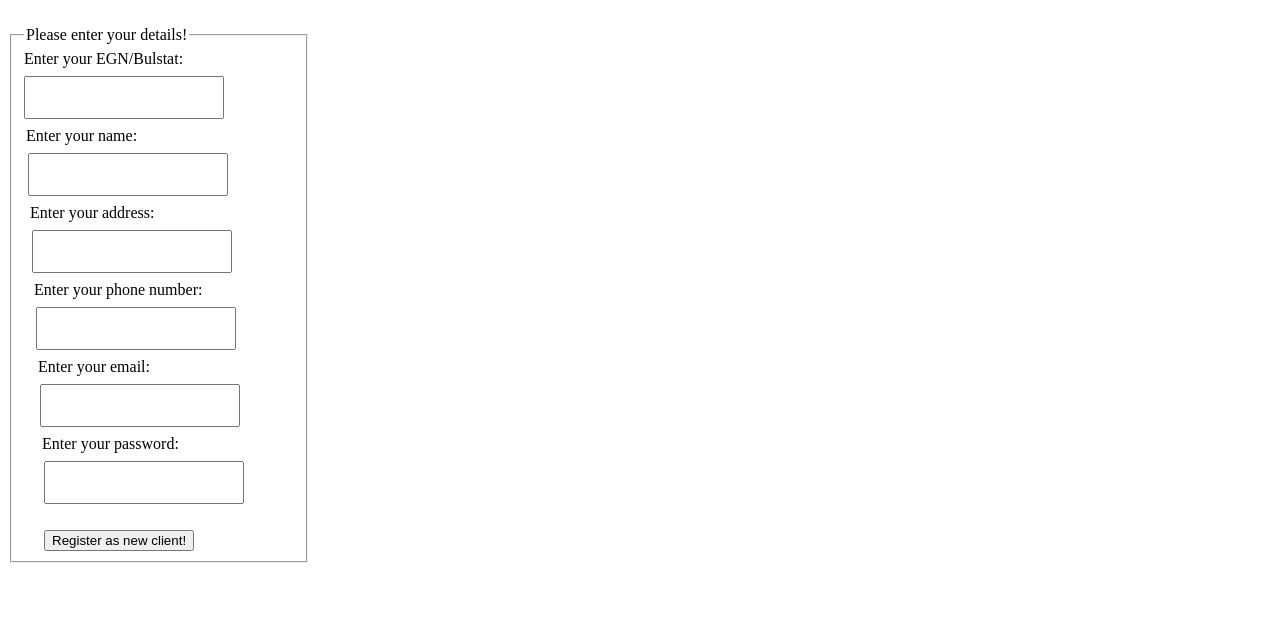
Repository: A-Mitev/E-Banking_Team_Project
Page: http://localhost/FiBank/WEB-INF/views/jsp/Register.jsp
These files come from the project's save history. The page is drawn as it stood at one moment and after the next save; the edit follows.
The browser window is 1280 px wide. The pictures show the whole page.
The page is served by Tomcat 9. Nobody is signed in. The template is opened directly, without the code that normally fills it, so the values that code supplies are empty.

Above is the page before, as saved 2016-04-05 20:14:21.

After the next save:
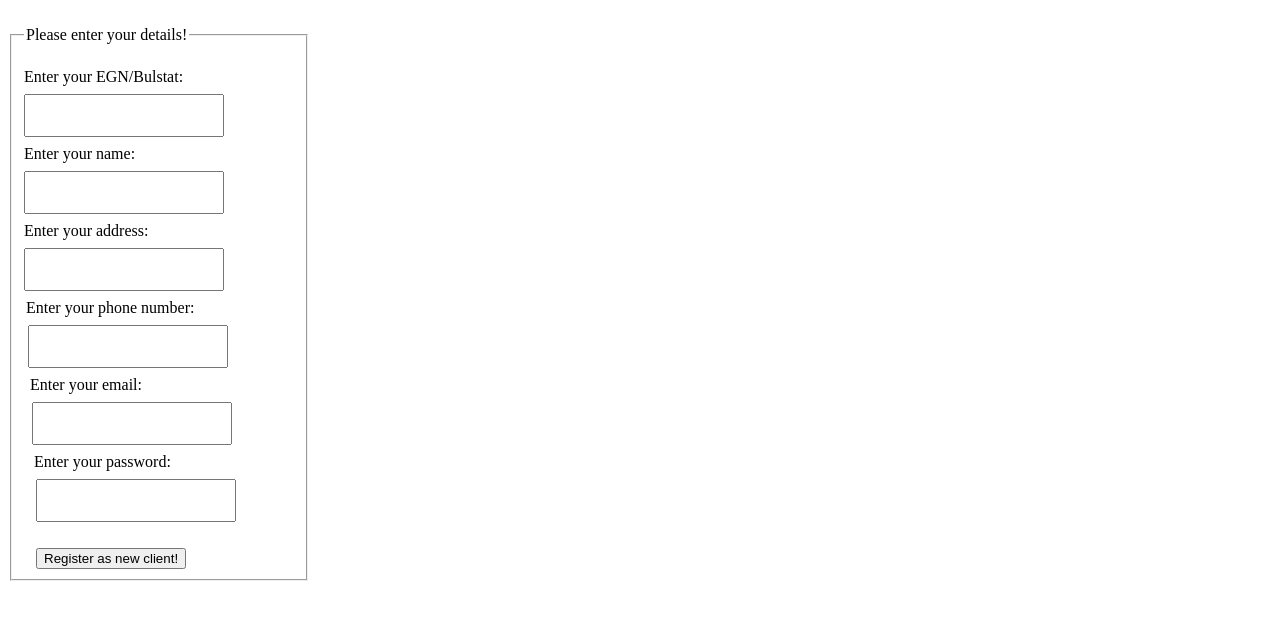
Saved 68 s later.
--- a/FiBank/src/main/webapp/WEB-INF/views/jsp/Register.jsp
+++ b/FiBank/src/main/webapp/WEB-INF/views/jsp/Register.jsp
@@ -23,13 +23,14 @@ input[type=text] {
 	<springForm:form method="post" commandName="user" >
 	<fieldset style="width:270px">
 		<legend>Please enter your details!</legend>
-		<label>Enter your EGN/Bulstat:<label>
+		<br/>
+		<label>Enter your EGN/Bulstat:</label>
 		<springForm:input type="text" path="id" />
 		<br />
-		<legend>Enter your name:<legend/>
+		<label>Enter your name:</label>
 		<springForm:input type="text" path="name" />
 		<br />
-		<legend>Enter your address:<legend/>
+		<label>Enter your address:</label>
 		<springForm:input type="text" path="address" />
 		<br />
 		<legend>Enter your phone number:<legend/>
